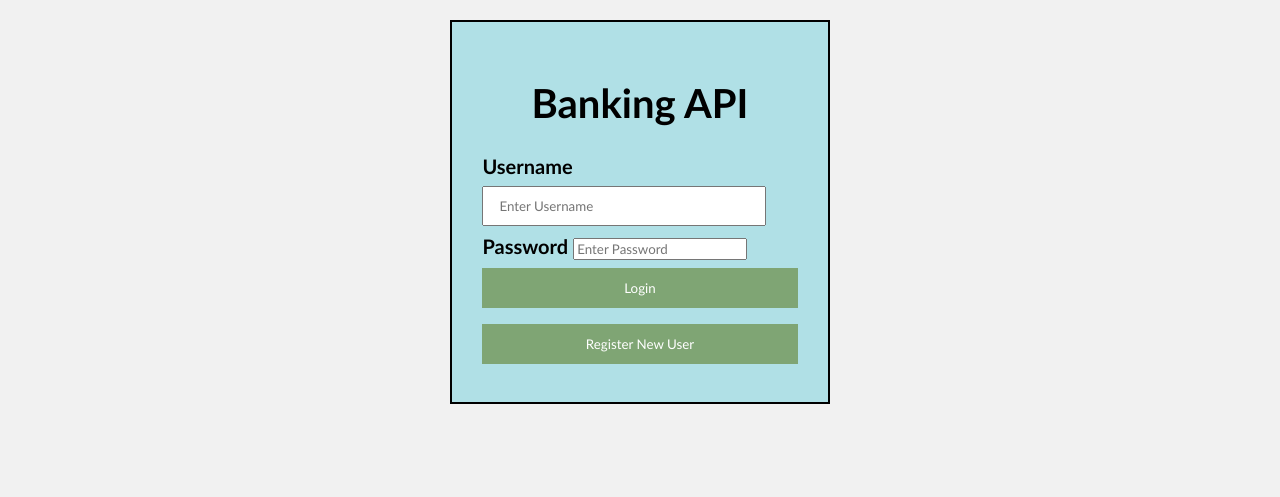
Repository: kennyufish/Revature_ROCP1_Project_Banking_API
Page: banking_api/src/main/webapp/index.html
An editor plug-in stored every save of this project. The page is shown before and after the next save, followed by the edit.
The browser window is 1280 px wide. The pictures show the whole page.

Above is the page before, as saved 2020-10-11 00:41:02.

### banking_api/src/main/webapp/index.html
<!DOCTYPE html>
<html>
<head>
<meta charset="ISO-8859-1">
<title>Banking API Login</title>
<link rel="stylesheet" type="text/css" href="bankapi.css"/>
</head>
<body style="background-color: #f1f1f1">
	<div class="loginLayout">
		<h1 align="center">Banking API</h1>
		<form action="loginUser" method="post">
			<label for="username"><b>Username</b></label>
			<input class="loginInput" type="text" name="username" placeholder="Enter Username" required>
			<label for="password"><b>Password</b></label>
			<input type="password" name="password" placeholder="Enter Password" required>
			<button type="submit">Login</button>
		</form>

		<form action="registerNewUser">
			<button>Register New User</button>
		</form>
	</div>
</body>
</html>

### banking_api/src/main/webapp/bankapi.css
* {
	font-family: "Trebuchet MS", Arial, Helvetica, sans-serif;
	box-sizing: border-box;
}

.loginInput {
	width: 90%;
	padding: 10px 15px;
	margin: 8px 0;
	display: inline-block;
	boxing-sizing: border-box;
}

button {
	background-color: #7FA574;
	color: white;
	padding: 12px 10px;
	margin: 8px 0;
	border: none;
	cursor: pointer;
	width: 100%;
}

button:hover {
	opacity: 0.7
}

.topNoticeGreen {
	color: black;
	background-color: green;
	width: 100%;
	padding: 20px;
	text-align: center;
}

.topNoticeWarning {
	color: black;
	background-color: red;
	width: 100%;
	padding: 20px;
	text-align: center;
}

.loginLayout {
	font-size: 20px;
	background-color: powderblue;
	border: 2px solid black;
	padding: 30px;
	width: 30%;
	margin: 20px auto;
}

After the next save:
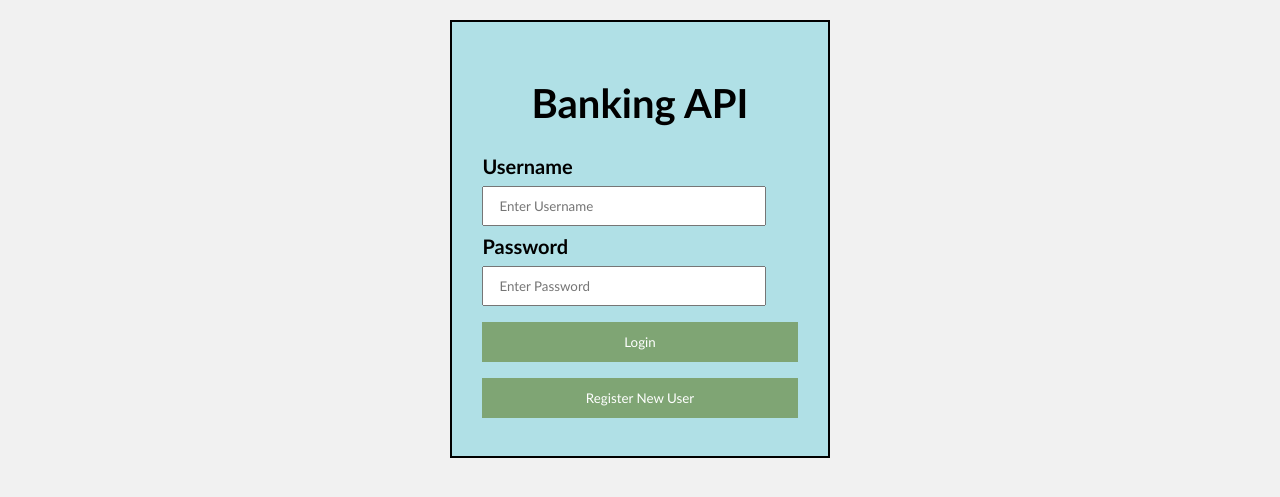
Saved 22 s later.
--- a/banking_api/src/main/webapp/index.html
+++ b/banking_api/src/main/webapp/index.html
@@ -12,7 +12,7 @@
 			<label for="username"><b>Username</b></label>
 			<input class="loginInput" type="text" name="username" placeholder="Enter Username" required>
 			<label for="password"><b>Password</b></label>
-			<input type="password" name="password" placeholder="Enter Password" required>
+			<input class="loginInput" type="password" name="password" placeholder="Enter Password" required>
 			<button type="submit">Login</button>
 		</form>
 
